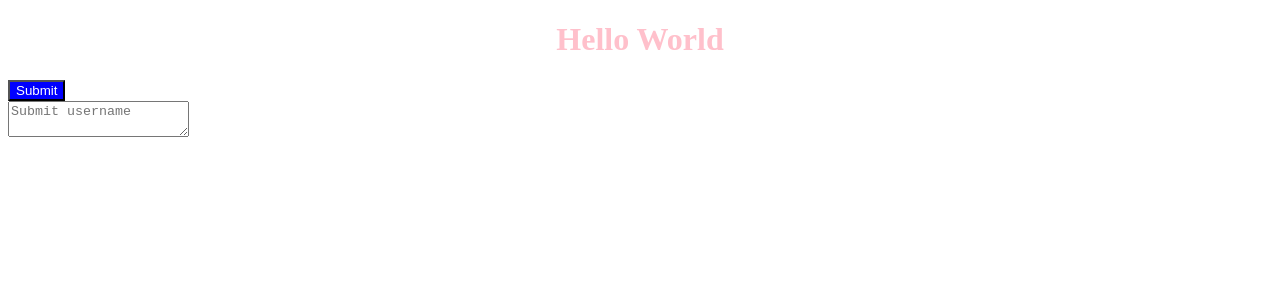
Repository: Flamemaster921/Feature-Showcase
Page: Index/firstPage/Website.html
An editor plug-in stored every save of this project. The page is shown before and after the next save, followed by the edit.
The browser window is 1280 px wide. The pictures show the whole page.

Above is the page before, as saved 2025-12-15 01:55:32.

After the next save:
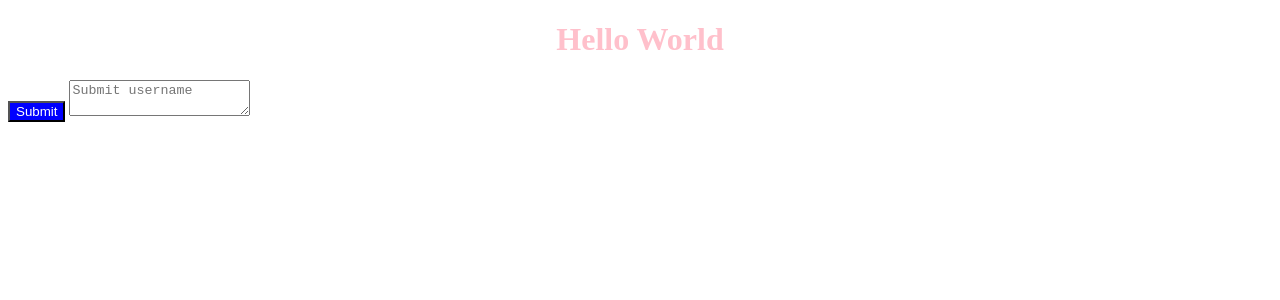
Saved 36 s later.
--- a/Index/firstPage/Design.css
+++ b/Index/firstPage/Design.css
@@ -10,13 +10,11 @@
   background-color: blue;
   color: white;
 
-    display: flex;
-    flex-direction: row;
-    align-items: center;
+    position: relative;
 }
 
 .text-input{
-    display: flex;
-    flex-direction: row;
-    align-items: left;
+    position: relative;
+    left: auto;
+    top: auto;
 }
